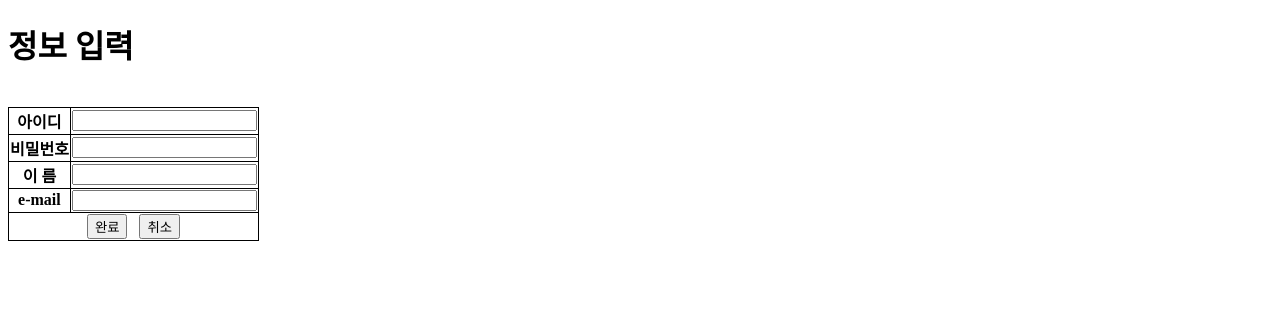
Repository: Jh1227/JSP
Page: http://localhost/12_EL/ex02_param/memberForm.jsp
These files come from the project's save history. The page is drawn as it stood at one moment and after the next save; the edit follows.
The browser window is 1280 px wide. The pictures show the whole page.
The page is served by Tomcat 9.

Above is the page before, as saved 2023-04-10 02:27:58.

After the next save:
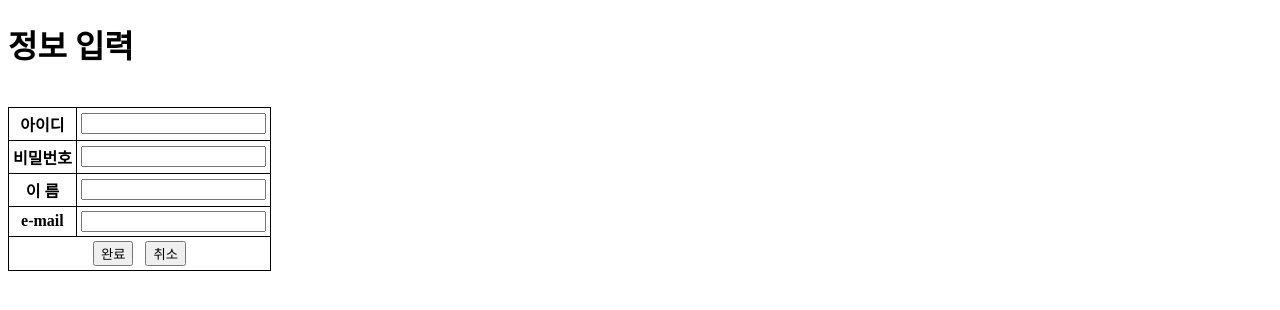
Saved 8 s later.
--- a/12_EL/src/main/webapp/ex02_param/memberForm.jsp
+++ b/12_EL/src/main/webapp/ex02_param/memberForm.jsp
@@ -12,7 +12,7 @@
 	# MemberBean 의 정보(id, pw, 이름, e-mail)을 입력받은 결과를 'memberPro.jsp' 확인하는 페이지를 구현하세요
 -->
 <style type="text/css">
-table, th, td { border: 1px solid black; border-collapse: collapse; text-align: center; }
+table, th, td { border: 1px solid black; border-collapse: collapse; text-align: center; padding: 4px; }
 </style>
 </head>
 <body>
